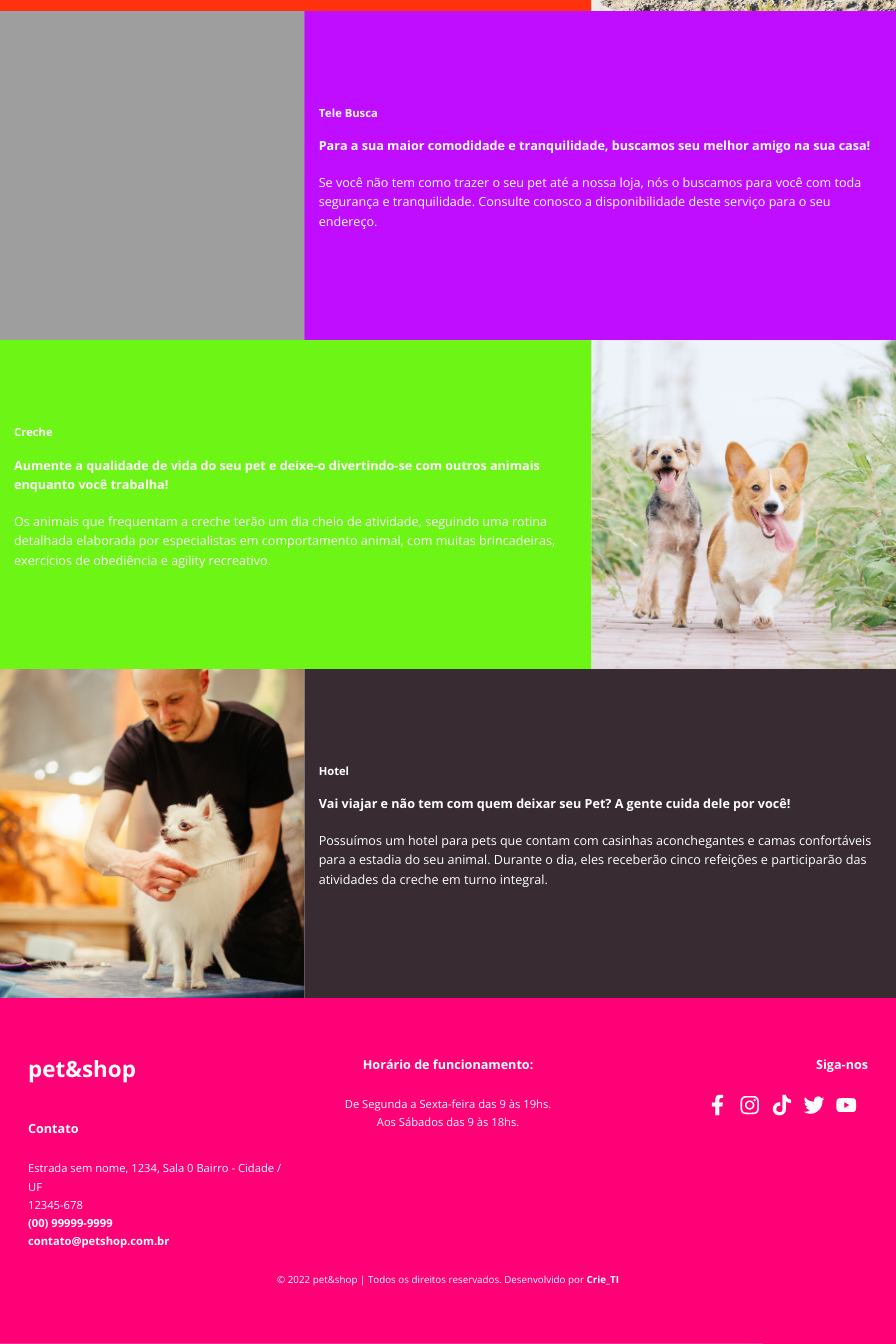
Repository: EzequielKaiber/pet-e-shop
Page: servicos.html
An editor plug-in stored every save of this project. The page is shown before and after a run of saves, followed by the edit.
The browser window is 1280 px wide. The pictures show the part of the page from y = 1964 to 3884 px (the page is 3884 px tall), at 70% of full size.
Pictures or frames that could not be fetched are drawn as grey boxes.

Above is the page before, as saved 2022-04-26 14:09:32.

After the next 2 saves:
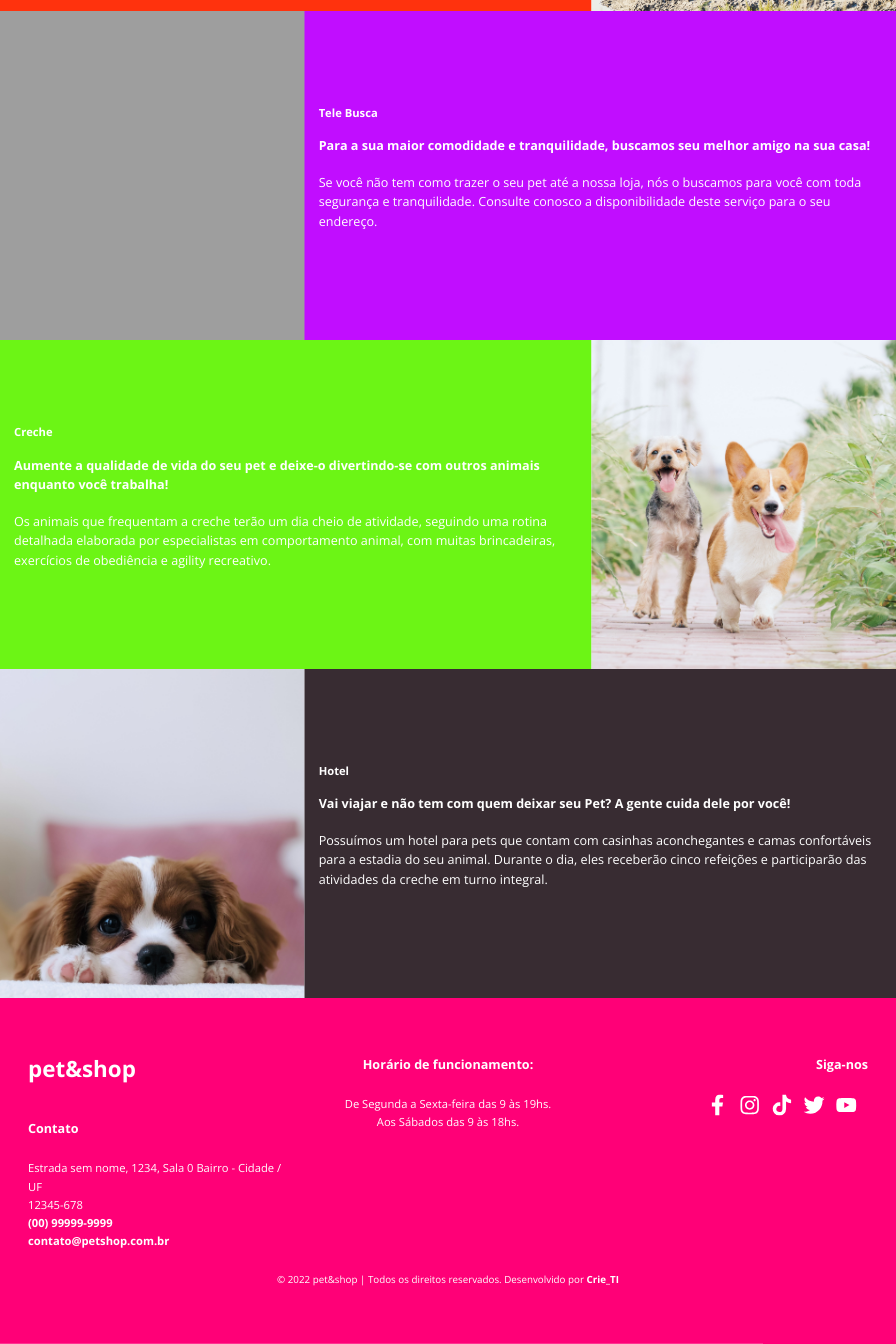
The 2 saves are shown as one change because they came seconds apart.
The last was saved 14 s later.
--- a/servicos.html
+++ b/servicos.html
@@ -119,7 +119,7 @@
         </div>
         <div class="list-item">
             <div class="left">
-                <div class="image" style="background-image: url(img/Serviços/bath-and-groom.jpg);"></div>
+                <div class="image" style="background-image: url(img/Serviços/hotel.jpg);"></div>
             </div>
             <div class="right cinza white">
                 <h2>Hotel</h2>
